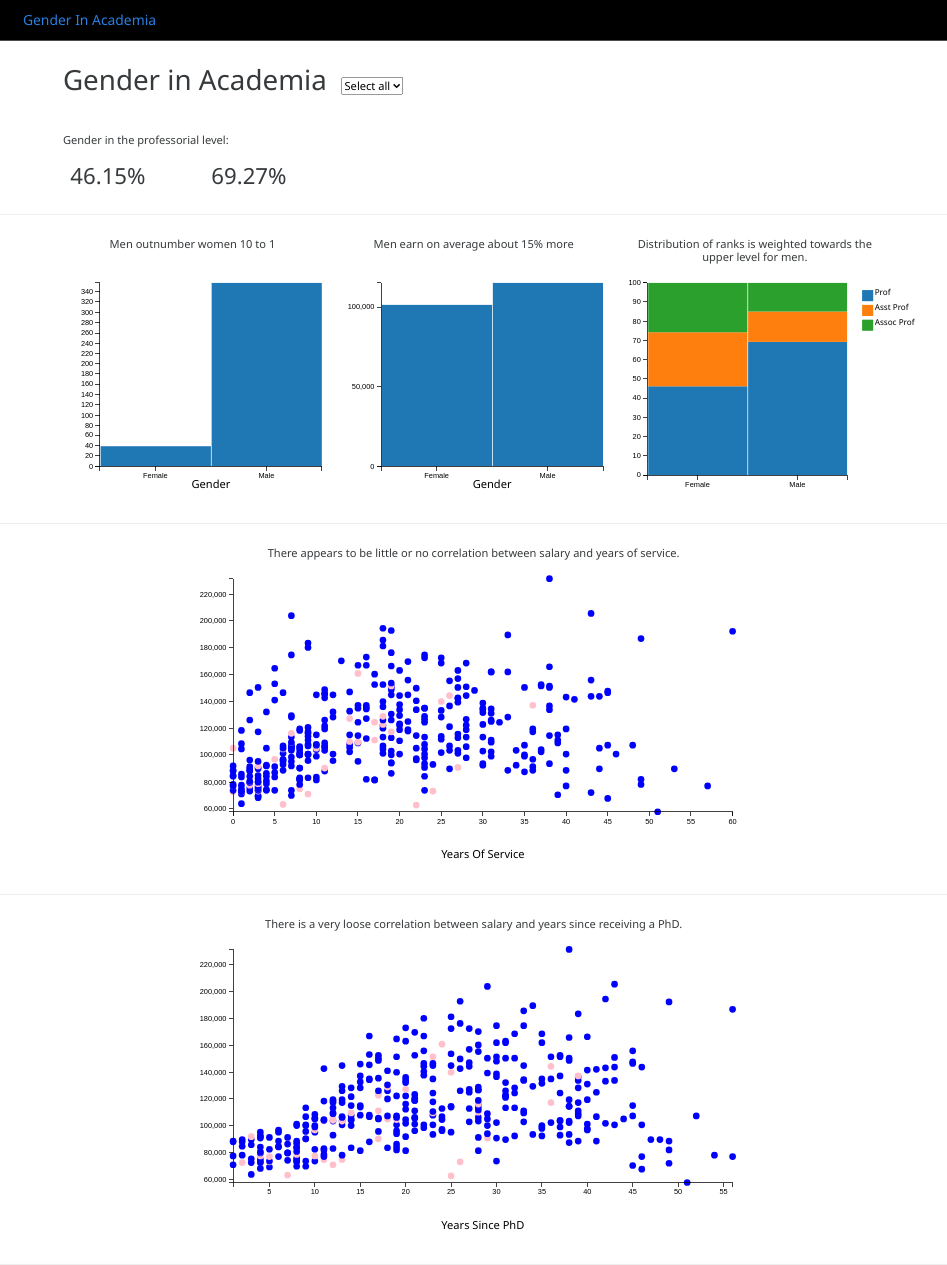
Repository: MartinCurran28/Dashboard
Page: index.html
The author's editor kept a record of every edit. The page is drawn from the files as they stood at one moment, then again after the next edit.
The browser window is 1280 px wide. The pictures show the whole page, at 74% of full size.

Above is the page before.

After the next edit:
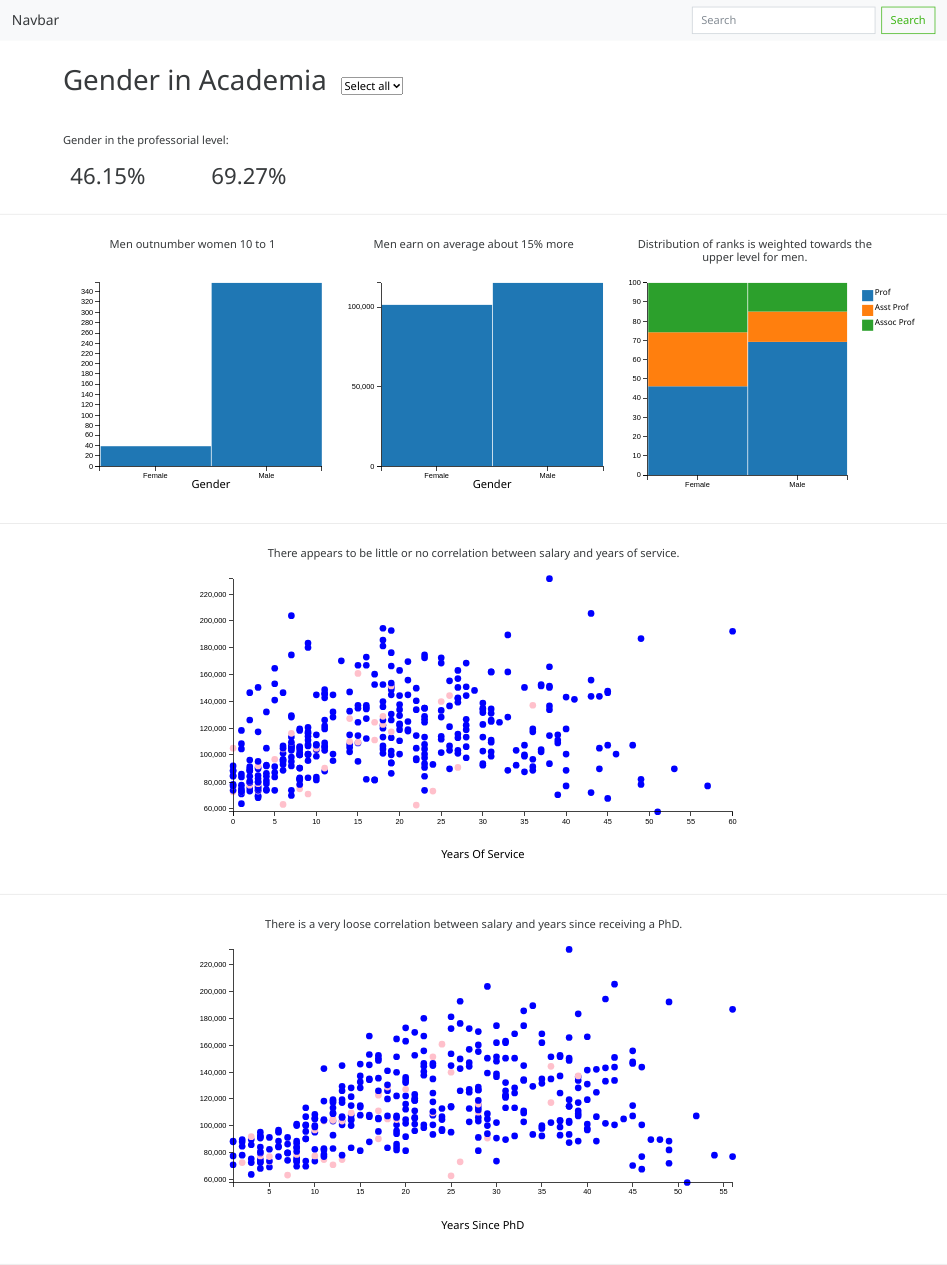
The edit:
--- a/index.html
+++ b/index.html
@@ -22,13 +22,13 @@
 
 <body>
 
-    <nav class="navbar navbar-default">
-      <div class="container-fluid">
-        <div class="navbar-header">
-          <a class="navbar-brand" href="#">Gender In Academia</a>
-        </div>
-      </div>
-    </nav>
+    <nav class="navbar navbar-light bg-light justify-content-between">
+  <a class="navbar-brand">Navbar</a>
+  <form class="form-inline">
+    <input class="form-control mr-sm-2" type="search" placeholder="Search" aria-label="Search">
+    <button class="btn btn-outline-success my-2 my-sm-0" type="submit">Search</button>
+  </form>
+</nav>
 
    <main>
       <section class="section">
